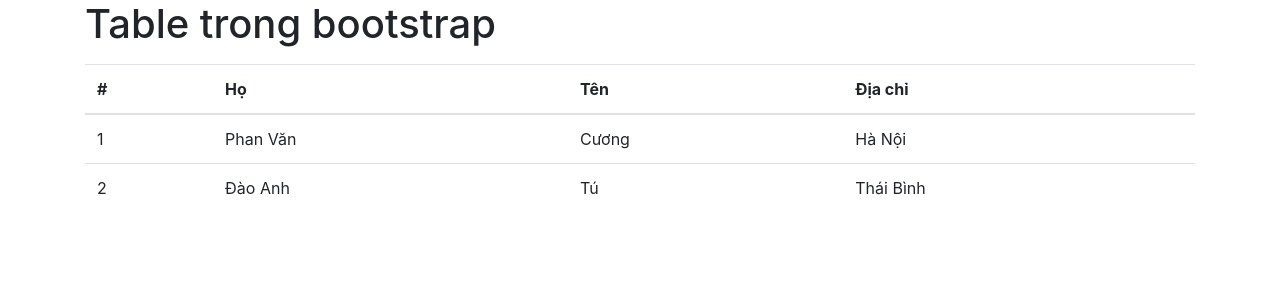
Repository: anhtu2110/front_end
Page: lesson/bootstrap/advance/5.2-table.html
An editor plug-in stored every save of this project. The page is shown before and after the next save, followed by the edit.
The browser window is 1280 px wide. The pictures show the whole page.

Above is the page before, as saved 2022-12-06 20:01:49.

### lesson/bootstrap/advance/5.2-table.html
<!DOCTYPE html>
<html lang="en">
  <head>
    <meta charset="UTF-8" />
    <meta http-equiv="X-UA-Compatible" content="IE=edge" />
    <meta name="viewport" content="width=device-width, initial-scale=1.0" />
    <link rel="stylesheet" href="./bootstrap/css/bootstrap.min.css" />
    <title>Table trong bootstrap</title>
  </head>
  <body>
    <div class="container">
      <div class="row">
        <div class="col-md-12">
          <h1 class="table">Table trong bootstrap</h1>
          <table class="table table-border">
            <thead>
              <tr>
                <th>#</th>
                <th>Họ</th>
                <th>Tên</th>
                <th>Địa chỉ</th>
              </tr>
            </thead>
            <tbody>
              <tr>
                <td>1</td>
                <td>Phan Văn</td>
                <td>Cương</td>
                <td>Hà Nội</td>
              </tr>
              <tr>
                <td>2</td>
                <td>Đào Anh</td>
                <td>Tú</td>
                <td>Thái Bình</td>
              </tr>
            </tbody>
          </table>
        </div>
      </div>
    </div>
    <script src="js/jquery-3.6.1.min.js"></script>
    <script src="js/popper.min.js"></script>
    <script src="./bootstrap/js/bootstrap.min.js"></script>
  </body>
</html>

Loaded but not shown: lesson/bootstrap/advance/bootstrap/css/bootstrap.min.css (library); lesson/bootstrap/advance/js/jquery-3.6.1.min.js (library); lesson/bootstrap/advance/js/popper.min.js (library); lesson/bootstrap/advance/bootstrap/js/bootstrap.min.js (library)

After the next save:
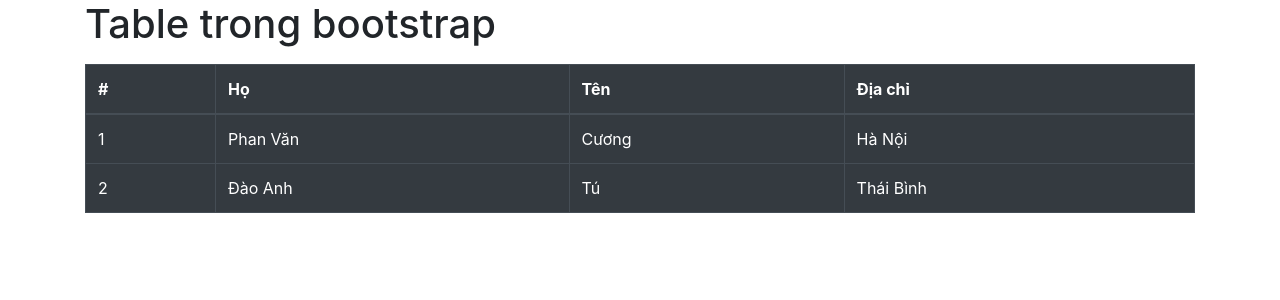
Saved 33 s later.
--- a/lesson/bootstrap/advance/5.2-table.html
+++ b/lesson/bootstrap/advance/5.2-table.html
@@ -12,7 +12,7 @@
       <div class="row">
         <div class="col-md-12">
           <h1 class="table">Table trong bootstrap</h1>
-          <table class="table table-border">
+          <table class="table table-bordered table-dark">
             <thead>
               <tr>
                 <th>#</th>
